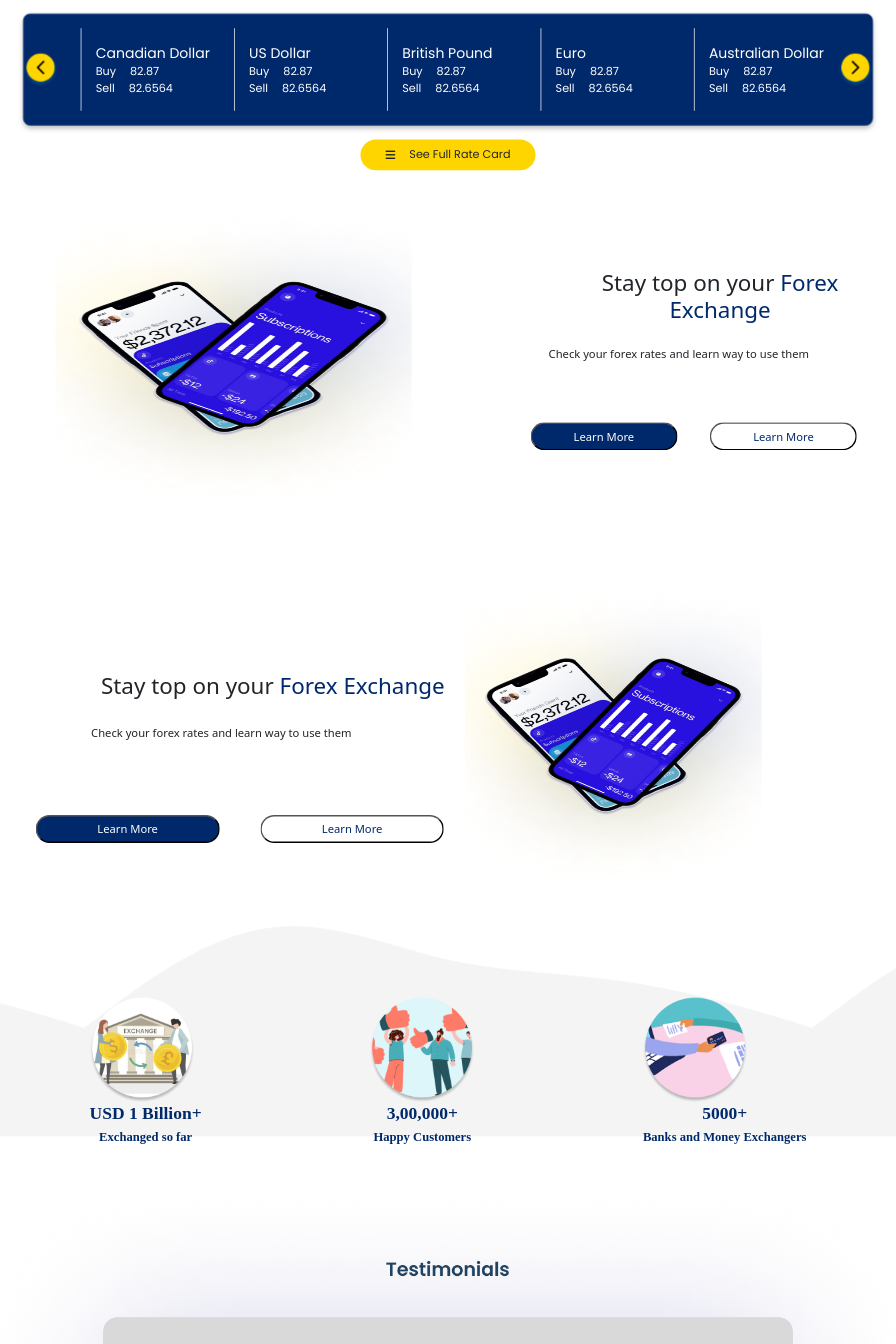
Repository: FlyweisReact/Akshadeep-latest
Page: /
An editor plug-in stored every save of this project. The page is shown before and after a run of saves, followed by the edit.
The browser window is 1280 px wide. The pictures show the part of the page from y = 765 to 2685 px (the page is 4512 px tall before and 4536 px after), at 70% of full size.
Some web libraries are served in a nearby version. The project was rebuilt for these pictures with package versions that can differ from the ones it lists, and the page was loaded fresh each time. Also part of the build but not shown: src/components/exchange.jsx, src/components/order_p1.jsx, src/components/order_p2.jsx, src/components/faas.jsx, src/components/offer.jsx, src/components/main2.jsx, src/components/home.jsx, src/components/slider.jsx and 6 more.

Above is the page before, as saved 2023-05-23 15:57:11.

After the next 4 saves:
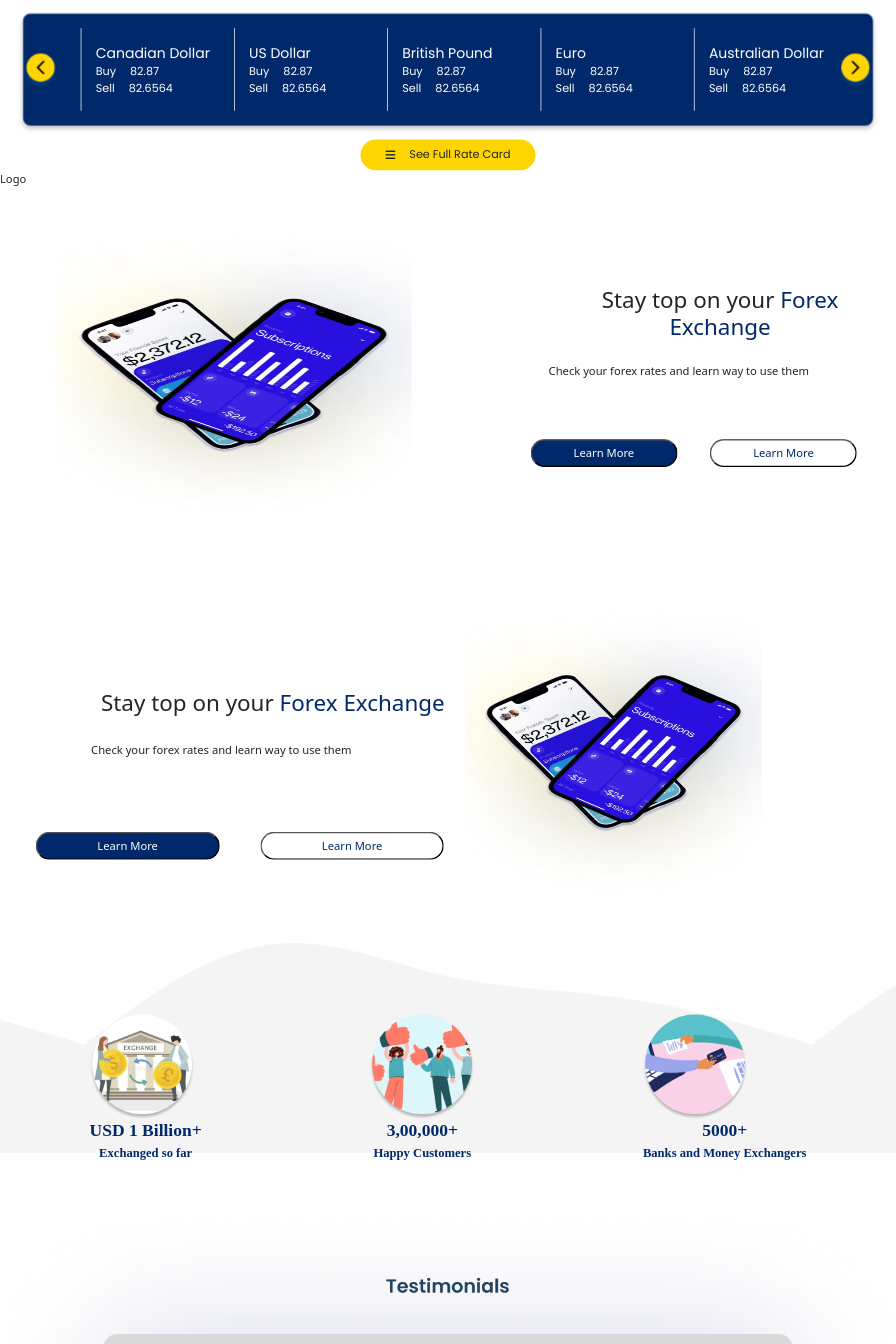
The 4 saves are shown as one change because 1 did not build or start and some came seconds apart.
The last was saved 14 s later.
--- a/src/components/Main.jsx
+++ b/src/components/Main.jsx
@@ -35,7 +35,9 @@ function Main() {
       </div>
 
       <div className="Index_center_Div">
-
+        <div className="logo">
+          Logo
+        </div>
 
       </div>
 
